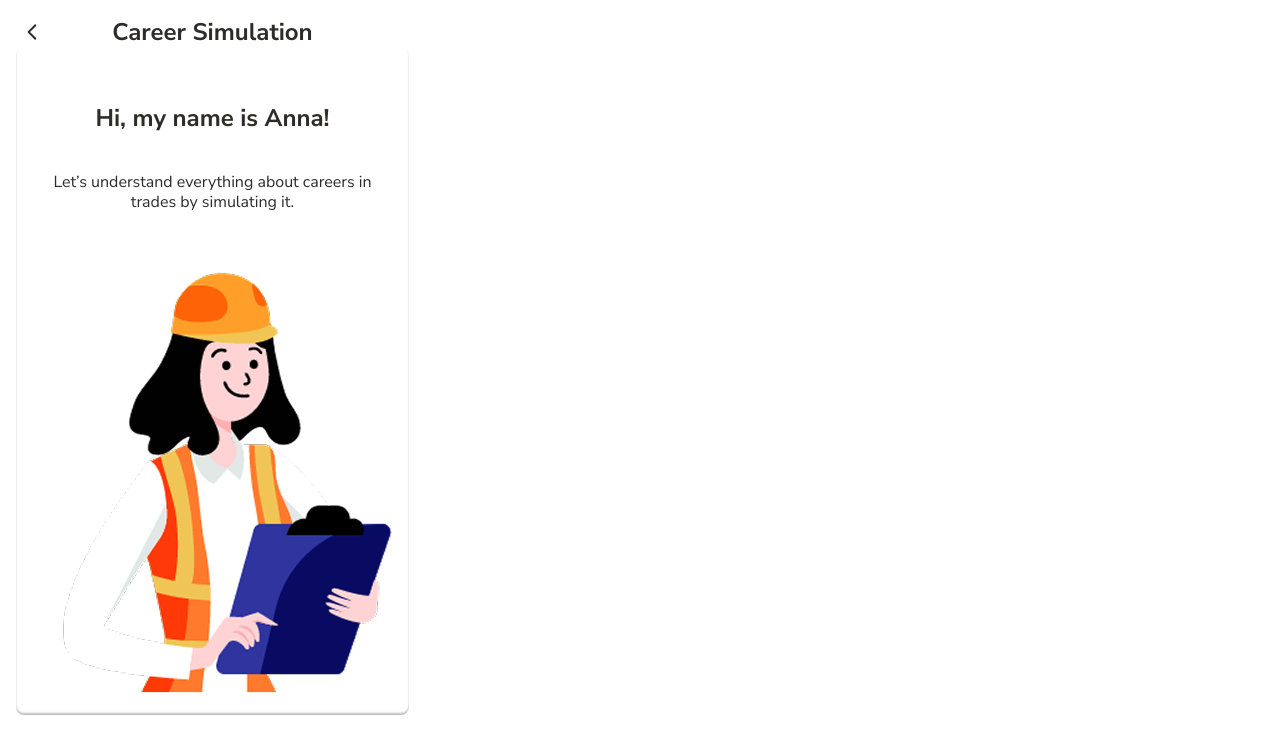
Repository: daniel-liu01/week10books
Page: /
An editor plug-in stored every save of this project. The page is shown before and after the next save, followed by the edit.
The browser window is 1280 px wide. The pictures show the whole page.
The project was rebuilt for these pictures with package versions that can differ from the ones it lists, and the page was loaded fresh each time. Also part of the build but not shown: vite.config.js, vite.config.ts, src/App.css.

Above is the page before, as saved 2025-10-17 18:00:27.

### index.html
<!DOCTYPE html>
<html lang="en">
    <head>
        <meta charset="UTF-8" />
        <link
            rel="icon"
            type="image/svg+xml"
            href="/vite.svg" />
        <meta
            name="viewport"
            content="width=device-width, initial-scale=1.0" />
        <title>frontend</title>
        <link
            rel="preconnect"
            href="https://fonts.googleapis.com" />
        <link
            rel="preconnect"
            href="https://fonts.gstatic.com"
            crossorigin />
        <link
            href="https://fonts.googleapis.com/css2?family=Nunito+Sans:ital,opsz,wght@0,6..12,200..1000;1,6..12,200..1000&display=swap"
            rel="stylesheet" />
    </head>
    <body>
        <div id="root"></div>
        <script
            type="module"
            src="/src/main.jsx"></script>
    </body>
</html>

### src/index.css
/* ------------------------------------------------------ GENERAL STYLES ------------------------------------------------------ */
*,
*::before,
*::after {
    box-sizing: inherit;
}

html,
body {
    padding: 0;

    font-family: var(--font-family);
    box-sizing: border-box;
}

body {
    width: 393px;
    min-height: 100vh;
    margin: 16px;
}

html {
    display: flex;
    align-items: flex-start;
}

/* ------------------------------------------------------ VARIABLES ------------------------------------------------------ */
:root {
    /* ----- COLORS ----- */
    --primary-50: #fff1e6;
    --primary-100: #ffd4b0;
    --primary-200: #ffbf8a;
    --primary-300: #ffa155;
    --primary-400: #ff8f34;
    --primary-500: #ff7301;
    --primary-600: #e86901;
    --primary-700: #b55201;
    --primary-800: #8c3f01;
    --primary-900: #6b3000;

    --secondary-50: #eefae6;
    --secondary-100: #cbefb1;
    --secondary-200: #b2e88b;
    --secondary-300: #8fdd55;
    --secondary-400: #79d635;
    --secondary-500: #58cc02;
    --secondary-600: #50ba02;
    --secondary-700: #3e9101;
    --secondary-800: #307001;
    --secondary-900: #255601;

    /* -- neutral colors -- */

    --offwhite-500: #f9f9f9;
    --white: #ffffff;
    --black-50: #eaeaea;
    --black-100: #bebebd;
    --black-200: #9e9e9d;
    --black-300: #727271;
    --black-400: #575655;
    --black-500: #2d2c2b;

    /* ----- TYPE ----- */
    --font-family: "Nunito Sans", sans-serif;

    --font-size-extra-large: 88px;
    --font-size-large: 30px;
    --font-size-extra-medium: 24px;
    --font-size-medium: 20px;
    --font-size-regular: 16px;
    --font-size-small: 12px;
    --font-size-extra-small: 10px;

    --font-style-normal: normal;
    --font-weight-bold: bold;

    --line-height-xxlarge: 100px;
    --line-height-large: 36px;
    --line-height-medium: 28px;
    --line-height-small: 20px;

    /* ----- SPACING ----- */
    --space-extra-small: 4px;
    --space-small: 8px;
    --space-regular: 16px;
    --space-medium: 32px;
    --space-large: 48px;
    --space-extra-large: 140px;

    /* ----- Inner shadow ----- */
    --inner-shadow: 0 -2px 2px 0 rgba(0, 0, 0, 0.25);
}

### src/App.jsx
import { useState } from "react";
import { BrowserRouter as Router, Routes, Route } from "react-router-dom";
import "./App.css";

import Simulation from "../app/Simulation/Simulation";

function App() {
    return (
        <div>
            <Simulation />
        </div>
    );
}

export default App;

### app/Simulation/Simulation.jsx
import styles from "./Simulation";
import HeadingBar from "../../components/HeadingBar/HeadingBar";
import Card from "../../components/Card/Card";

function Simulation() {
    return (
        <div>
            <HeadingBar />
            <Card
                image='Anna.png'
                title='Hi, my name is Anna!'
                description='Let’s understand everything
about careers in trades by simulating it.'
            />
        </div>
    );
}

export default Simulation;

### components/HeadingBar/HeadingBar.jsx
import styles from "./HeadingBar.module.css";
import ArrowBack from "../ArrowBack/ArrowBack";

function HeadingBar() {
    return (
        <div className={styles.heading_container}>
            <ArrowBack />
            <h1 className={styles.heading_pageTitle}>Career Simulation</h1>
            <div className={styles.heading_placeholder}></div>
        </div>
    );
}

export default HeadingBar;

### components/Card/Card.jsx
import styles from "./Card.module.css";

function Card({ image, title, description }) {
    return (
        <div className={styles.container}>
            <div className={styles.content}>
                <h3 className={styles.title}>{title}</h3>
                <p className={styles.description}>{description}</p>
            </div>
            {image && (
                <div className={styles.image_wrapper}>
                    <img
                        src={image}
                        alt={title}
                        className={styles.image}
                    />
                </div>
            )}
        </div>
    );
}

export default Card;

### components/HeadingBar/HeadingBar.module.css
.heading_container {
    width: 100%;
    display: flex;
    align-items: center;
    justify-content: space-between;
    gap: var(--space-small);
    margin: 0;
    padding: 0;
}

.heading_pageTitle {
    font-weight: var(--font-weight-bold);
    font-size: var(--font-size-extra-medium);
    margin: 0;
    line-height: 1;
    color: var(--black-500);
}

.heading_placeholder {
    width: var(--space-medium);
    height: var(--space-medium);
    visibility: hidden;
}

### components/ArrowBack/ArrowBack.jsx
import styles from "./ArrowBack.module.css";

function ArrowBack() {
    return (
        <div className={styles.arrow_container}>
            <svg
                className={styles.arrow_icon}
                xmlns='http://www.w3.org/2000/svg'
                width='16'
                height='16'
                viewBox='0 0 12 20'
                fill='none'>
                <path
                    d='M10.7071 19.2929C10.3166 19.6834 9.68342 19.6834 9.29289 19.2929L0.707106 10.7071C0.316582 10.3166 0.316583 9.68342 0.707107 9.29289L9.29289 0.707106C9.68342 0.316582 10.3166 0.316582 10.7071 0.707107L11.0679 1.06789C11.4584 1.45842 11.4584 2.09158 11.0679 2.48211L3.55 10L11.0679 17.5179C11.4584 17.9084 11.4584 18.5416 11.0679 18.9321L10.7071 19.2929Z'
                    fill='currentColor'
                />
            </svg>
        </div>
    );
}

export default ArrowBack;

### components/Card/Card.module.css
.container {
    display: flex;
    padding: var(--space-regular);
    flex-direction: column;
    justify-content: space-between;
    align-items: center;
    flex: 1 0 0;
    align-self: stretch;
    border-radius: var(--space-small);
    background: var(--white);
    box-shadow: var(--inner-shadow) inset;
}

.content {
    display: flex;
    padding: 16px;
    flex-direction: column;
    justify-content: space-between;
    align-items: center;
    flex: 1 0 0;
    align-self: stretch;
}

.title {
    color: var(--Forge---Hi-Fi-Black-black-500, #2d2c2b);
    text-align: center;
    /* Forge - HiFi/Heading 2 HiFi 24px */
    font-family: "Nunito Sans";
    font-size: 24px;
    font-style: normal;
    font-weight: 700;
    line-height: 28px; /* 116.667% */
}

.description {
    color: var(--Forge---Hi-Fi-Black-black-500, #2d2c2b);
    text-align: center;
    /* Forge - HiFi/Body Regular HiFi 16px */
    font-family: "Nunito Sans";
    font-size: 16px;
    font-style: normal;
    font-weight: 400;
    line-height: 20px; /* 125% */
}

.image_wrapper {
}

.image {
}

### components/ArrowBack/ArrowBack.module.css
.arrow_container {
    display: inline-flex;
    align-items: center;
    justify-content: center;
    background: none;
    border: none;
    cursor: pointer;
    padding: 0;
    width: var(--space-medium);
    height: var(--space-medium);
}

.arrow_icon {
    color: var(--black-500);
    width: var(--space-regular);
    height: var(--space-regular);
}

.arrow_container:hover .arrow_icon {
    color: var(--primary-500);
}

Loaded but not shown: src/main.jsx (common file)

After the next save:
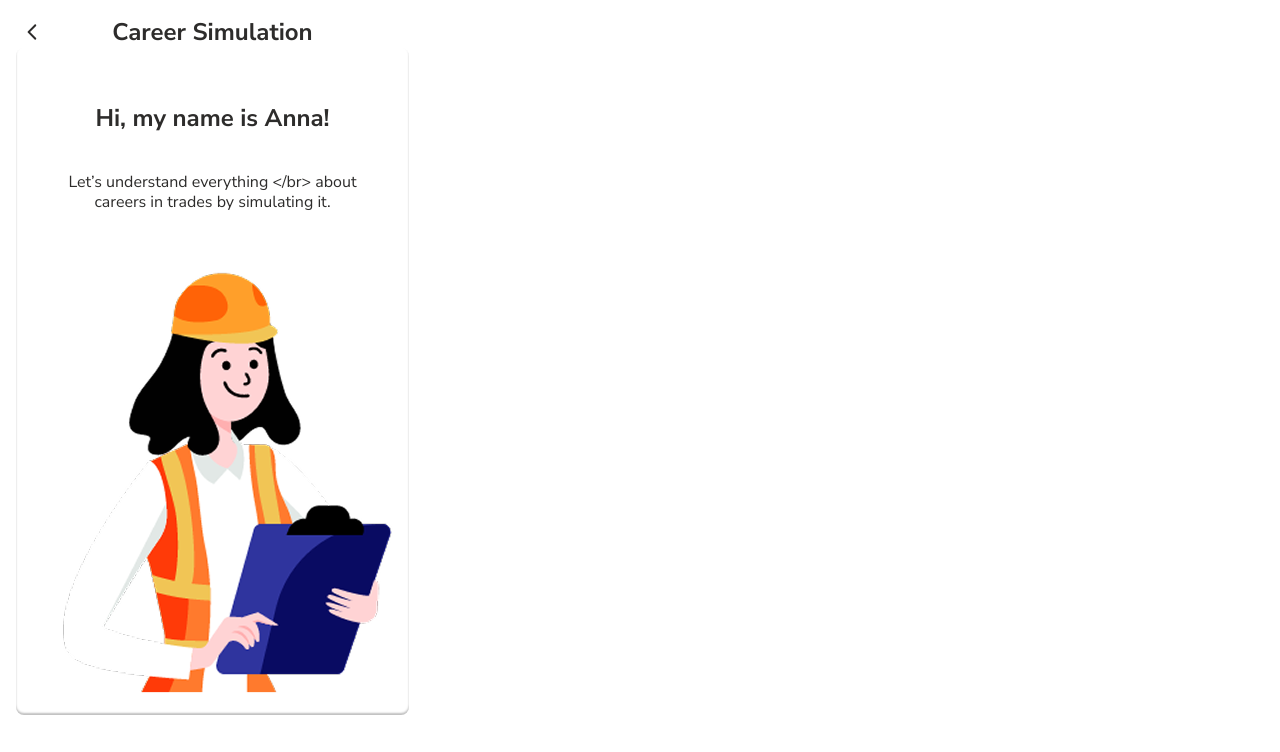
Saved 19 s later.
--- a/app/Simulation/Simulation.jsx
+++ b/app/Simulation/Simulation.jsx
@@ -9,7 +9,7 @@
             <Card
                 image='Anna.png'
                 title='Hi, my name is Anna!'
-                description='Let’s understand everything
+                description='Let’s understand everything </br>
 about careers in trades by simulating it.'
             />
         </div>

After the 3 saves that followed:
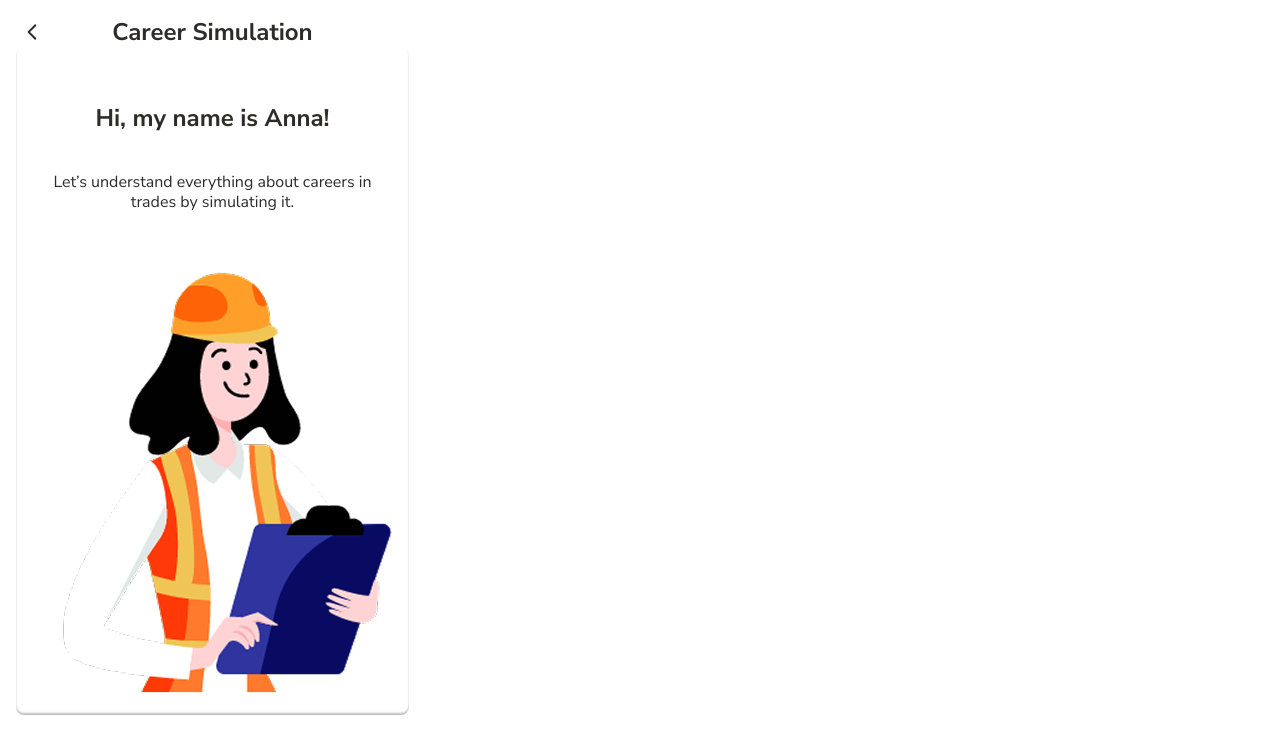
The 3 saves are shown as one change because they came seconds apart.
The last was saved 9 s later.
--- a/app/Simulation/Simulation.jsx
+++ b/app/Simulation/Simulation.jsx
@@ -9,7 +9,7 @@
             <Card
                 image='Anna.png'
                 title='Hi, my name is Anna!'
-                description='Let’s understand everything </br>
+                description='Let’s understand everything
 about careers in trades by simulating it.'
             />
         </div>
